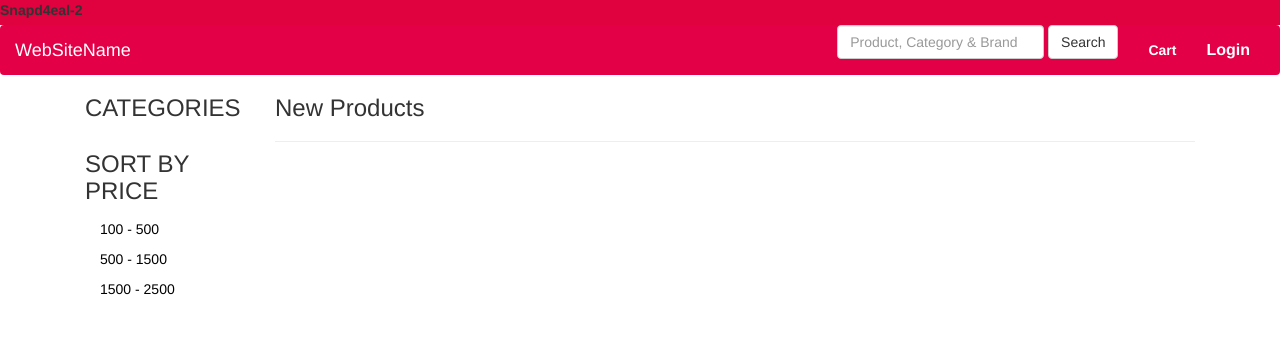
Repository: Aryans26/project
Page: http://localhost/frontend/WEB-INF/views/index.jsp
These files come from the project's save history. The page is drawn as it stood at one moment and after the next save; the edit follows.
The browser window is 1280 px wide. The pictures show the whole page.
Some web libraries are served in a nearby version. The page is served by Tomcat 9. Nobody is signed in. The template is opened directly, without the code that normally fills it, so the values that code supplies are empty.

Above is the page before, as saved 2017-06-20 10:59:20.

After the next save:
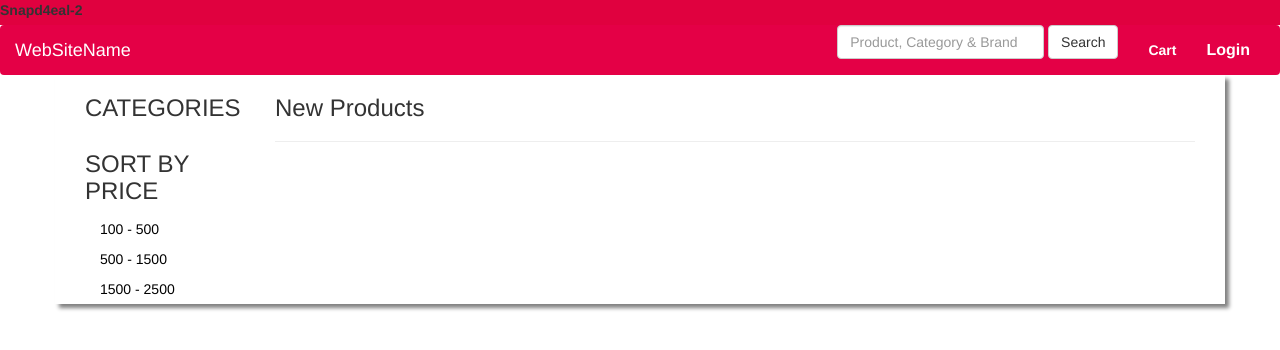
Saved 42 s later.
--- a/frontend/src/main/webapp/resource/css/style.css
+++ b/frontend/src/main/webapp/resource/css/style.css
@@ -121,3 +121,7 @@
 	text-align:center;
 	font-weight:bold;
 }
+
+.box-shadow{
+	box-shadow:4px 4px 4px grey;
+}
